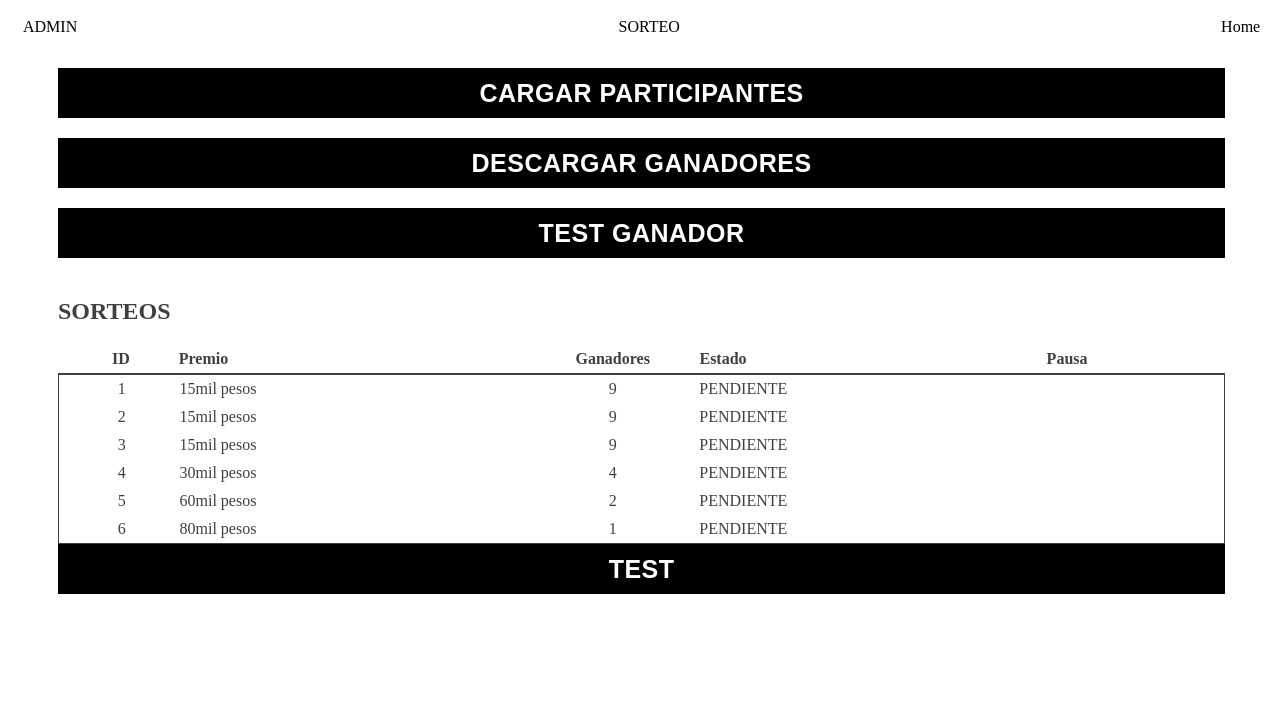
Repository: Hiro6634/poc-sorteo-link-2022
Page: /
An editor plug-in stored every save of this project. The page is shown before and after the next save, followed by the edit.
The browser window is 1280 px wide. The pictures show the whole page.
The project was rebuilt for these pictures with package versions that can differ from the ones it lists, and the page was loaded fresh each time. Also part of the build but not shown: src/components/namesloop/namesloop.style.jsx, src/components/namesloop/namesloop.component.jsx, src/routes/lottery/lottery.styles.jsx, src/routes/lottery/lottery.component.jsx, src/pages/home/Home.css, src/components/DrawForm/style.css, src/components/DrawForm/index.jsx, src/pages/Json-ld.js and 4 more. Imported but missing from the stored project, and not drawn on this page: src/components/PreviouslyDrawnItemsBlock.

Above is the page before, as saved 2022-12-07 10:57:01.

After the next save:
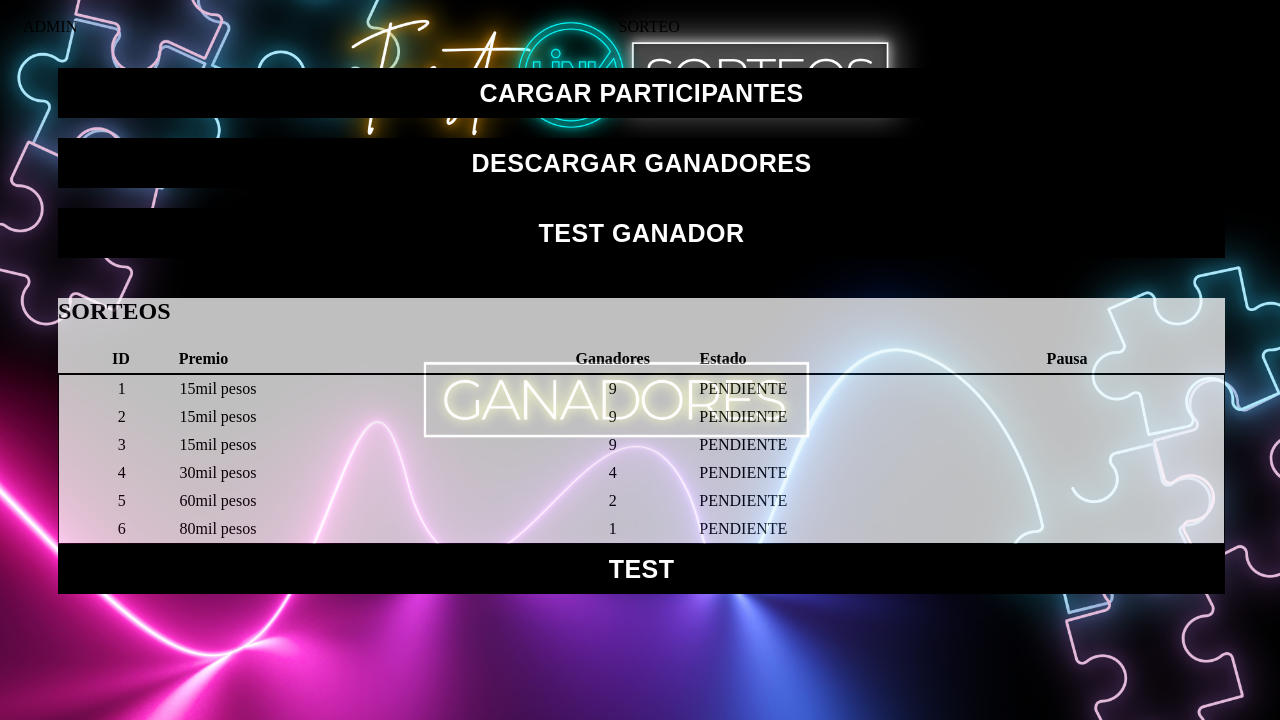
Saved 104 s later.
--- a/src/index.css
+++ b/src/index.css
@@ -1,9 +1,17 @@
 body {
+
   width: 99%;
+
   height: 100%;
-  /* background-image: url('./assets/LinkBackground2022.png'); */
+
+  background-image: url('./assets/PantallasSORTEOS.jpg');
+
+  background-size: cover;
+
   background-position: 0 0;
+
   background-size: cover;
+
 }
 a {
   text-decoration: none;
